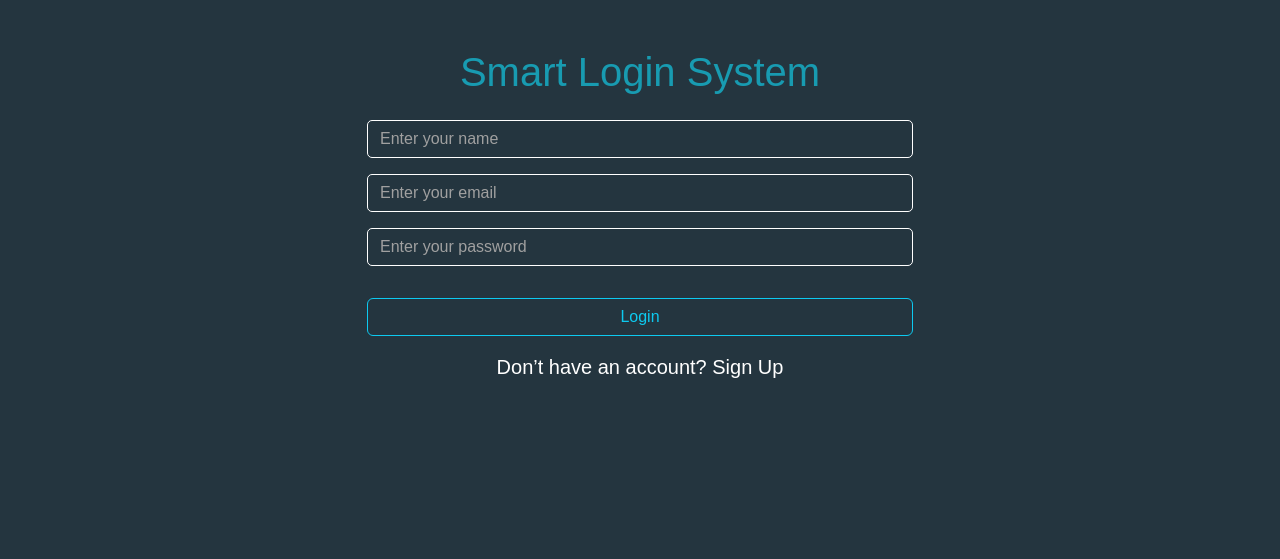
Repository: bodajava/TASK-4
Page: scoundIndex.html
An editor plug-in stored every save of this project. The page is shown before and after the next save, followed by the edit.
The browser window is 1280 px wide. The pictures show the whole page.

Above is the page before, as saved 2025-06-18 04:20:54.

### scoundIndex.html
<!DOCTYPE html>
<html lang="en">
  <head>
    <link rel="stylesheet" href="CSS/all.min.css" />
    <link rel="stylesheet" href="CSS/bootstrap.css" />
    <link rel="stylesheet" href="CSS/style.css" />
    <meta charset="UTF-8" />
    <meta name="viewport" content="width=device-width, initial-scale=1.0" />
    <title>Document</title>
  </head>
  <body>
    <div class="container text-center mt-5">
      <div class="row justify-content-center">
        <div class="col-12 col-md-6">
          <h1 class="mb-4">Smart Login System</h1>
          <form>
            <input
              type="text"
              class="form-control my-3"
              placeholder="Enter your name"
              id="signinName"
            />
            <input
              type="email"
              class="form-control my-3"
              placeholder="Enter your email"
              id="signinEmail"
            />
            <input
              type="password"
              class="form-control my-3"
              placeholder="Enter your password"
              id="signinPassword"
            />
            <button type="submit" class="btn btn-outline-info w-100 my-3">
              Login
            </button>
          </form>
          <p class="paragraph">
            Don’t have an account?
            <a class="anchor" href="signup.html">Sign Up</a>
          </p>
        </div>
      </div>
    </div>
    <script src="js/bootstrap.bundle.min.js"></script>
    <script src="js/index.js"></script>
  </body>
</html>

### CSS/style.css
* {
  padding: 0;
  margin: 0;
  box-sizing: border-box;
}

body {
  background-color: #24353f;
  display: flex;
  justify-content: center;
  align-items: center;
  font-family: Arial, sans-serif;
}

#item {
  margin-top: 60px;
  margin-left: 390px;
  margin-right: 390px;
  padding-left: 15px;
  padding-right: 15px;
}

#item2 {
  box-shadow: 0 0 20px rgba(0, 0, 0, 0.2);
  margin-left: 138.75px;
  margin-right: 138.75px;
  padding-left: 60px;
  padding-right: 60px;
  padding-top: 60px;
  padding-bottom: 60px;
}

h1 {
  color: #189bb1;
}

.anchor {
  text-decoration: none;
}

.anchor:hover {
  text-decoration: underline;
}

.paragraph {
  font-size: 20px;
  line-height: 30px;
  font-weight: 400;
  color: white;
}

.paragraph a {
  font-size: 20px;
  line-height: 30px;
  font-weight: 400;
  color: white;
}

.form-control {
  background-color: #24353f;
  border: 1px solid white;
  color: #fff;
  border-radius: 5px;
}

.form-control::placeholder {
  color: #a0a0a0;
}

.form-control:focus {
  background-color: #24353f;
  color: #fff;
  border-color: #189bb1;
  outline: none;
  box-shadow: none;
}

.btnn {
  text-decoration: none;
  color: #189bb1;
}

.btnn:hover {
  color: white;
}

#box {
  box-shadow: 0 0 20px rgba(0, 0, 0, 0.2);
}

Loaded but not shown: CSS/all.min.css (library); CSS/bootstrap.css (library); js/bootstrap.bundle.min.js (library); js/index.js (no copy from this time; the picture is the same without it)

After the next save:
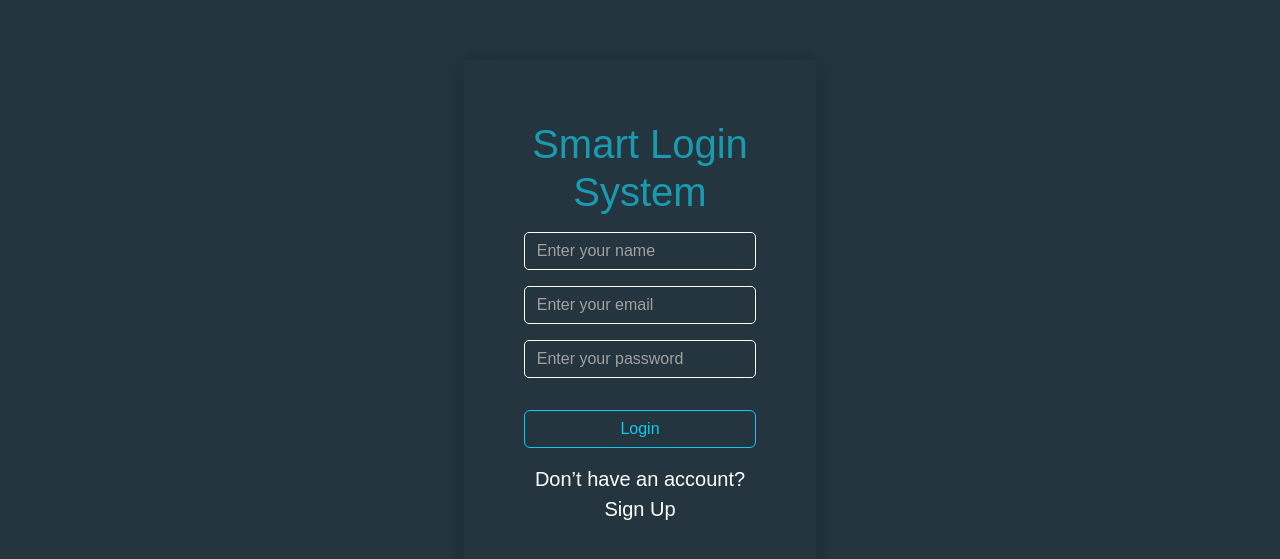
Saved 66 s later.
--- a/scoundIndex.html
+++ b/scoundIndex.html
@@ -9,38 +9,32 @@
     <title>Document</title>
   </head>
   <body>
-    <div class="container text-center mt-5">
-      <div class="row justify-content-center">
-        <div class="col-12 col-md-6">
-          <h1 class="mb-4">Smart Login System</h1>
-          <form>
-            <input
-              type="text"
-              class="form-control my-3"
-              placeholder="Enter your name"
-              id="signinName"
-            />
-            <input
-              type="email"
-              class="form-control my-3"
-              placeholder="Enter your email"
-              id="signinEmail"
-            />
-            <input
-              type="password"
-              class="form-control my-3"
-              placeholder="Enter your password"
-              id="signinPassword"
-            />
-            <button type="submit" class="btn btn-outline-info w-100 my-3">
-              Login
-            </button>
-          </form>
-          <p class="paragraph">
-            Don’t have an account?
-            <a class="anchor" href="signup.html">Sign Up</a>
-          </p>
-        </div>
+    <div id="item" class="container text-center">
+      <div id="item2" class="m-auto w-75">
+        <h1>Smart Login System</h1>
+        <input
+          type="text"
+          class="form-control my-3"
+          placeholder="Enter your name"
+          id="signinEmail"
+        />
+        <input
+          type="password"
+          class="form-control my-3"
+          placeholder="Enter your email"
+          id="signinPassword"
+        />
+        <input
+          type="password"
+          class="form-control my-3"
+          placeholder="Enter your password"
+          id="signinPassword"
+        />
+        <button class="btn btn-outline-info w-100 my-3">Login</button>
+        <p class="paragraph">
+          Don’t have an account?
+          <a class="anchor" href="index.html">Sign Up</a>
+        </p>
       </div>
     </div>
     <script src="js/bootstrap.bundle.min.js"></script>
